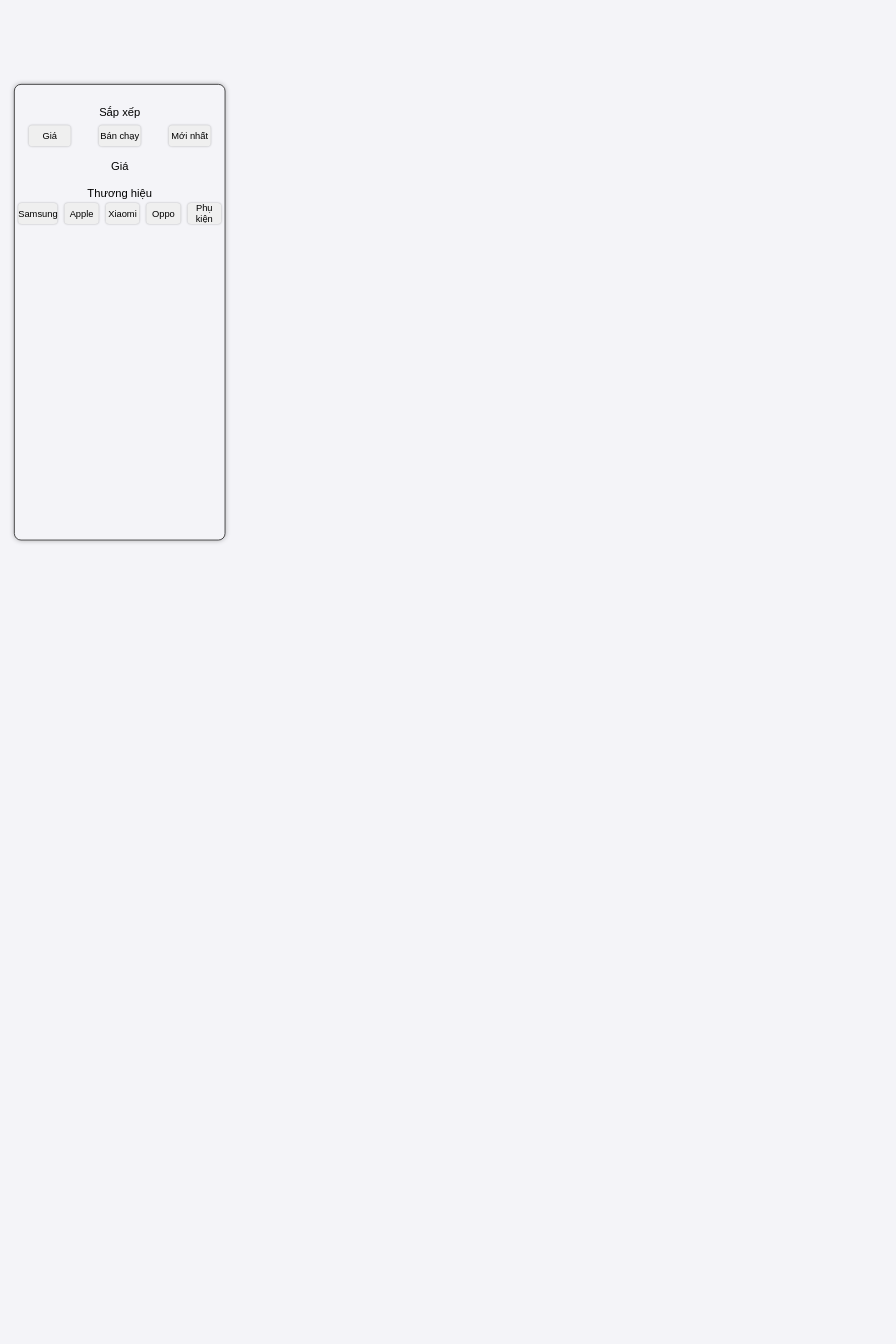
Repository: TrungSonQNIT2k4/ZENTECH
Page: showsp.html
An editor plug-in stored every save of this project. The page is shown before and after a run of saves, followed by the edit.
The browser window is 1280 px wide. The pictures show the whole page, at 70% of full size.
Some web fonts or font styles are not loaded; a fallback is used.

Above is the page before, as saved 2024-11-22 21:32:27.

After the next 3 saves:
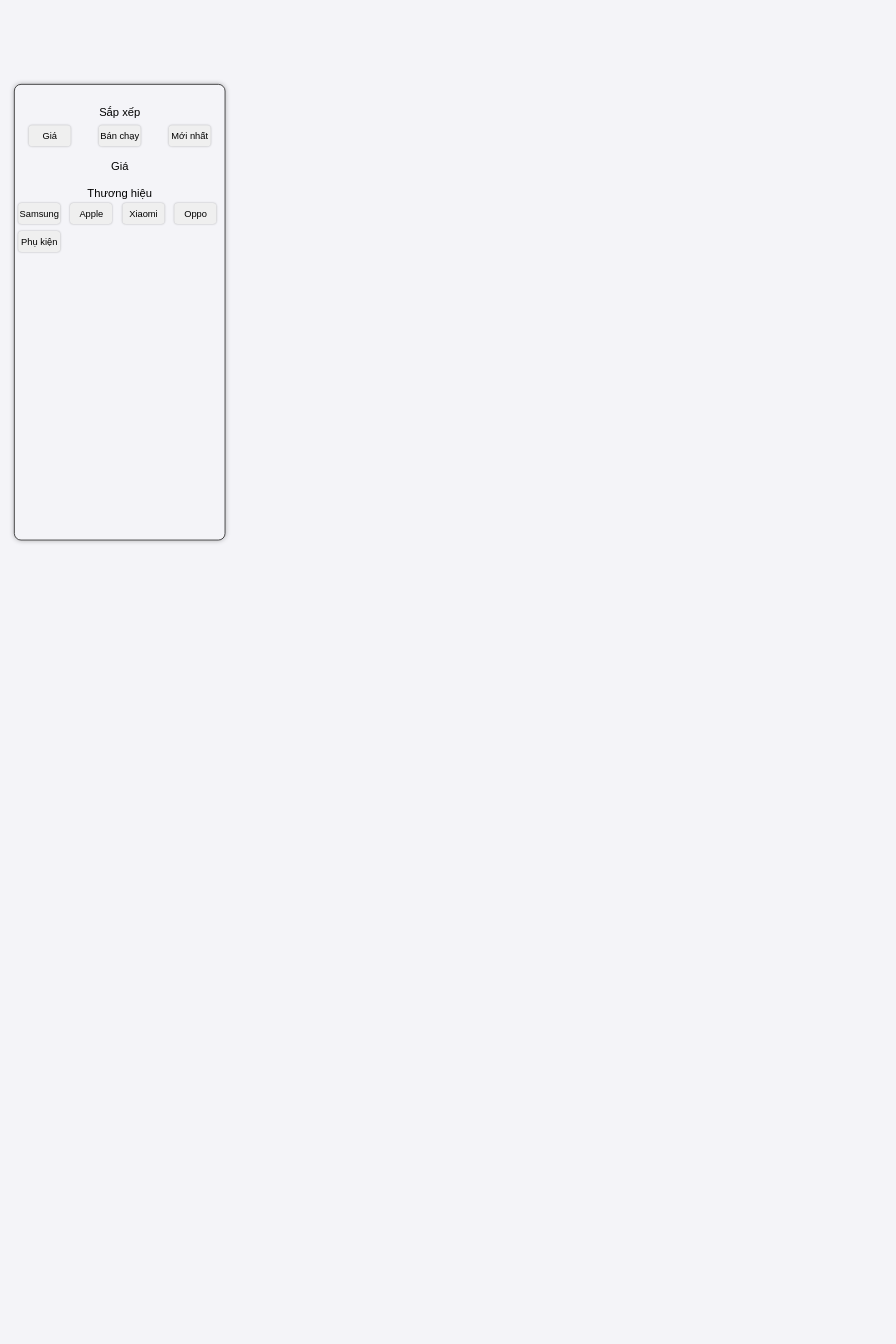
The 3 saves are shown as one change because they came seconds apart.
The last was saved 14 s later.
--- a/style.css
+++ b/style.css
@@ -362,8 +362,8 @@
   margin-top: 20px;
 }
 .Brand_tools{
-  display: flex;
-  justify-content: ;
+  /* display: flex;
+  justify-content: en; */
 }
 .Brand_tools button{
   margin: 5px;

After the save that followed:
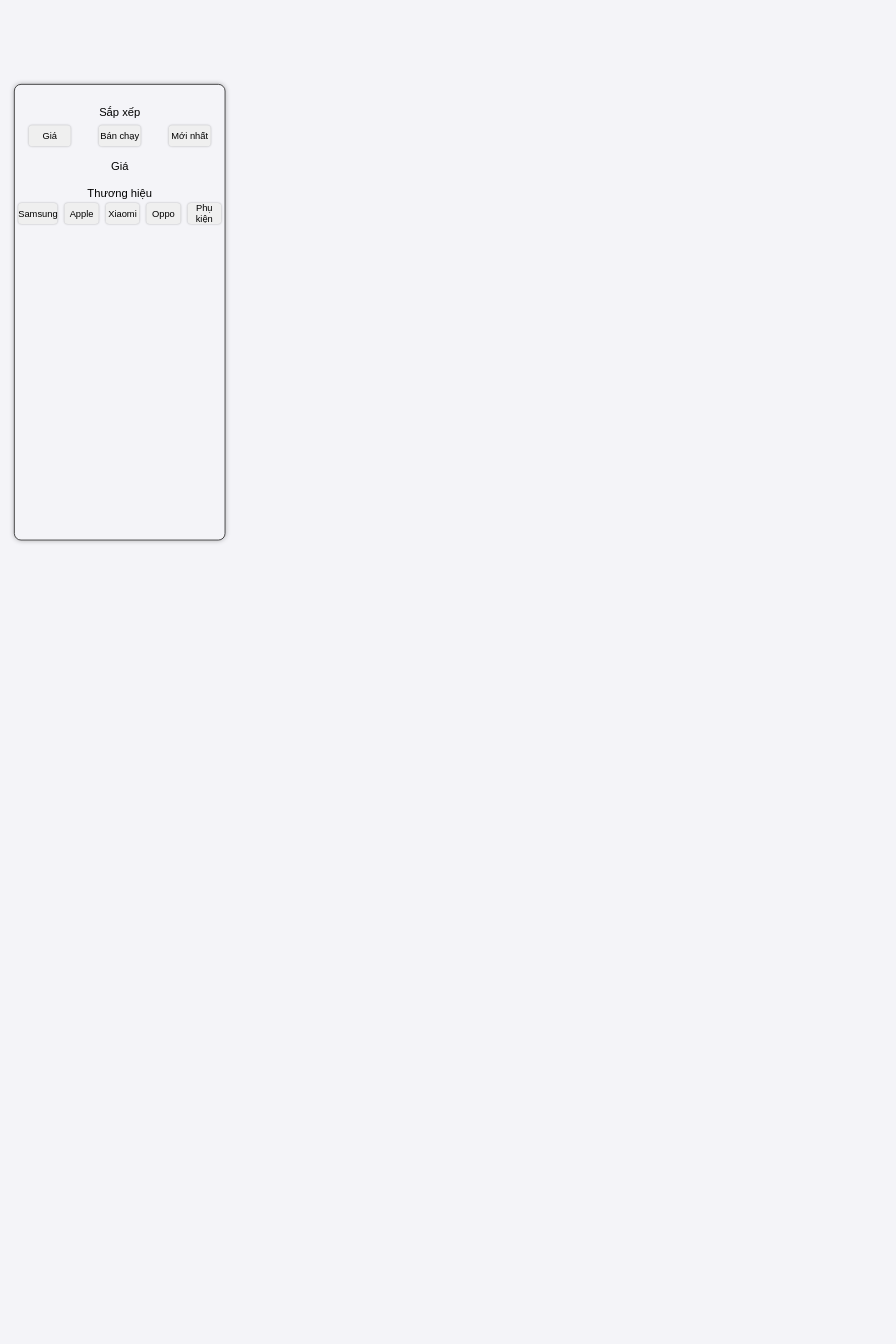
Saved 17 s later.
--- a/style.css
+++ b/style.css
@@ -362,8 +362,8 @@
   margin-top: 20px;
 }
 .Brand_tools{
-  /* display: flex;
-  justify-content: en; */
+  display: flex;
+  justify-content: en;
 }
 .Brand_tools button{
   margin: 5px;
